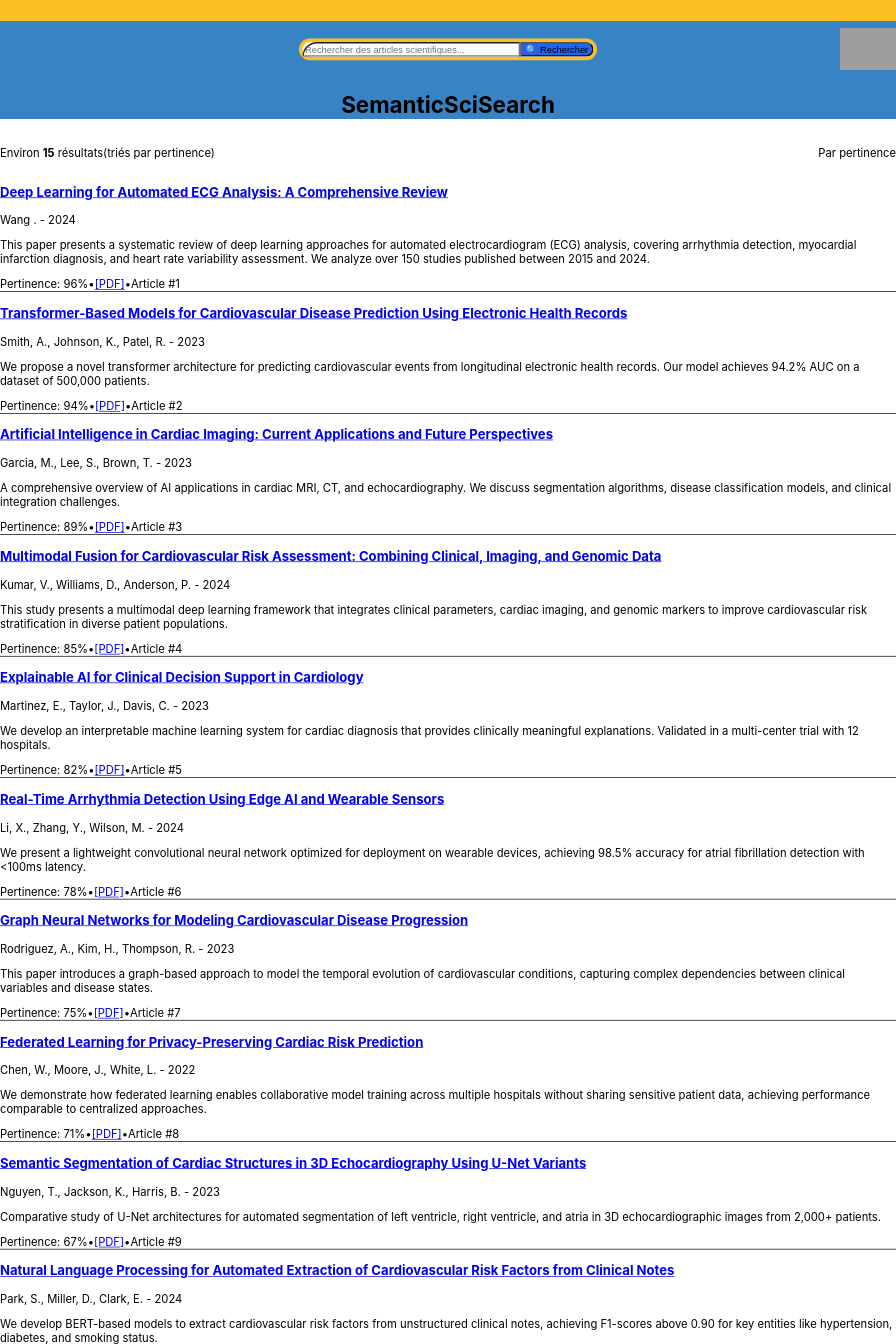
Repository: elh33/SemanticSciSearch
Page: / (app in frontend/)
These files come from the project's save history. The page is drawn as it stood at one moment and after a run of saves; the edit follows.
The browser window is 1280 px wide. The pictures show the part of the page from y = 0 to 1920 px (the page is 2766 px tall), at 70% of full size.
Pictures or frames that could not be fetched are drawn as grey boxes. The project was rebuilt for these pictures with package versions that can differ from the ones it lists, and the page was loaded fresh each time.

Above is the page before, as saved 2025-11-21 23:07:47.

After the next 2 saves:
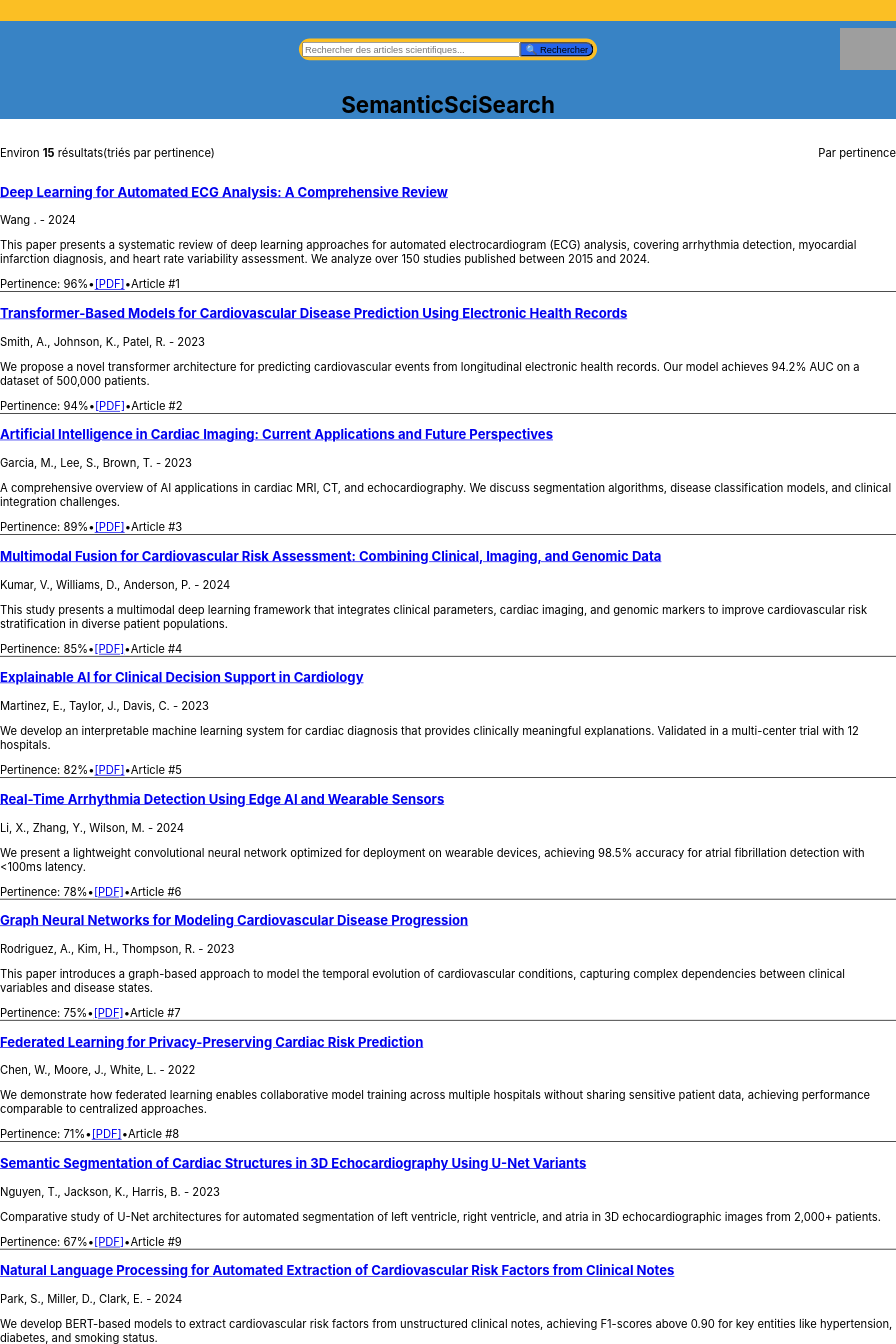
The 2 saves are shown as one change because they came seconds apart.
The last was saved 8 s later.
--- a/frontend/src/components/SearchResults.tsx
+++ b/frontend/src/components/SearchResults.tsx
@@ -57,7 +57,7 @@
                   onChange={(e) => setQuery(e.target.value)}
                   placeholder="Rechercher des articles scientifiques..."
                   className="flex-grow px-10 py-5 text-xl outline-none"
-                  style={{ borderRadius: '12000px 0 0 12px' }}
+                  style={{ borderRadius: '12px 22 0 12px' }}
                 />
                 <button
                   type="submit"
